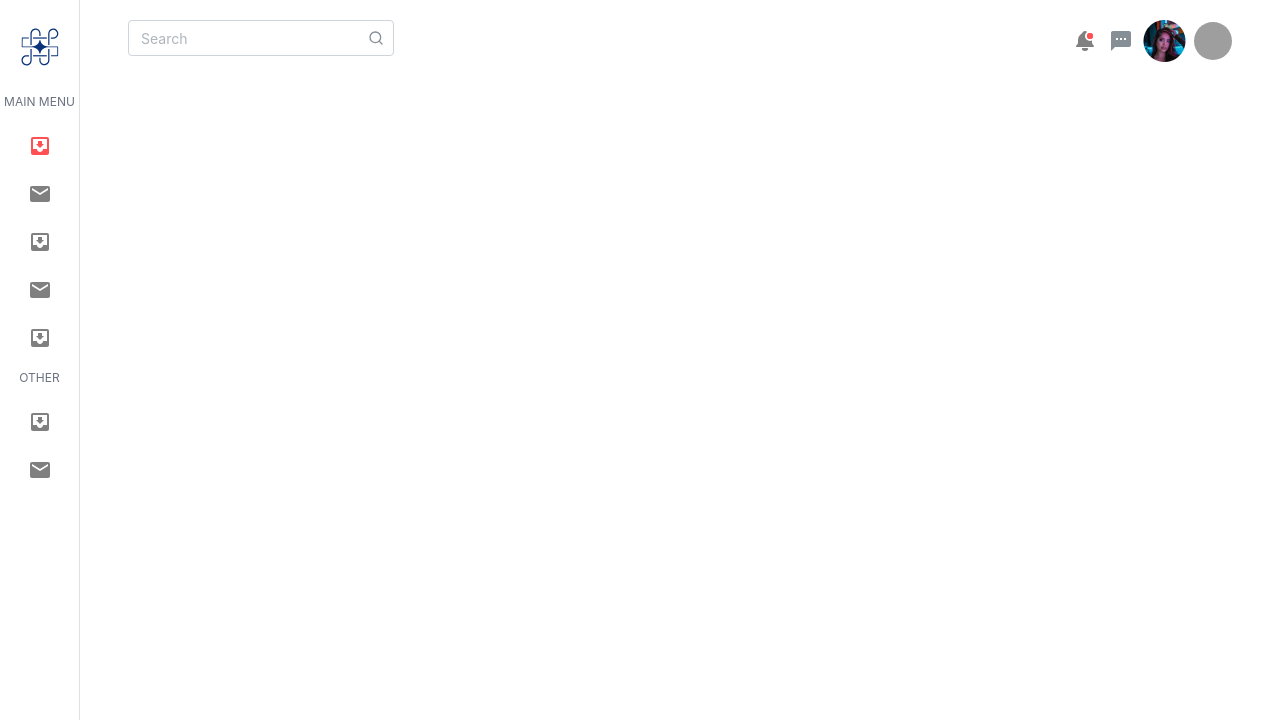
Repository: SatyaDewangan05/sample-dashboard
Page: /
The author's editor kept a copy of each file at every save. The page is drawn from the files as they stood at one save, then again after the next save.
The browser window is 1280 px wide. The pictures show the whole page.
Pictures or frames that could not be fetched are drawn as grey boxes. The project was rebuilt for these pictures with package versions that can differ from the ones it lists, and the page was loaded fresh each time. The framework's server and built-in components were replaced by stand-ins that run in the browser. Also part of the build but not shown: next.config.mjs.

Above is the page before, as saved 2024-09-21 23:04:14.

After the next save:
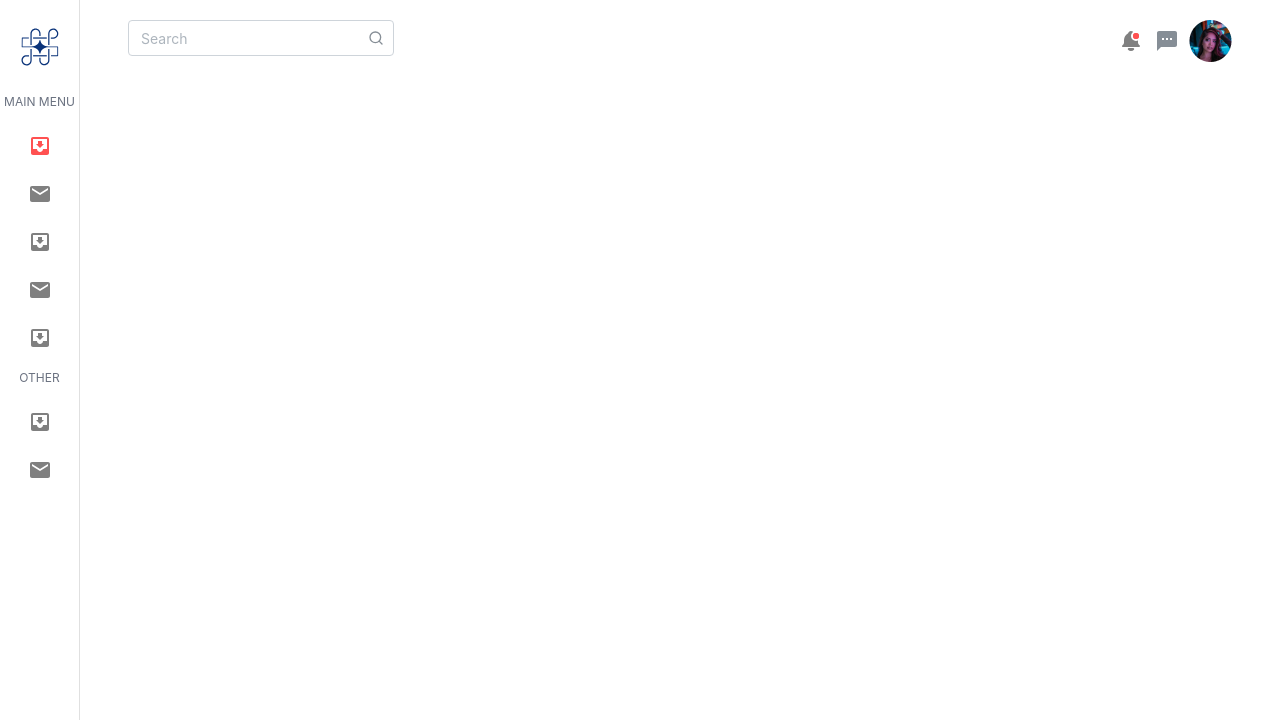
Saved 6 s later.
--- a/src/app/page.jsx
+++ b/src/app/page.jsx
@@ -34,7 +34,6 @@ export default function Home() {
               <TextsmsIcon color="gray" />
             </ActionIcon>
             <Image src={DP} />
-            <Avatar src={DP} alt="it's me" />
           </div>
         </div>
       </div>
